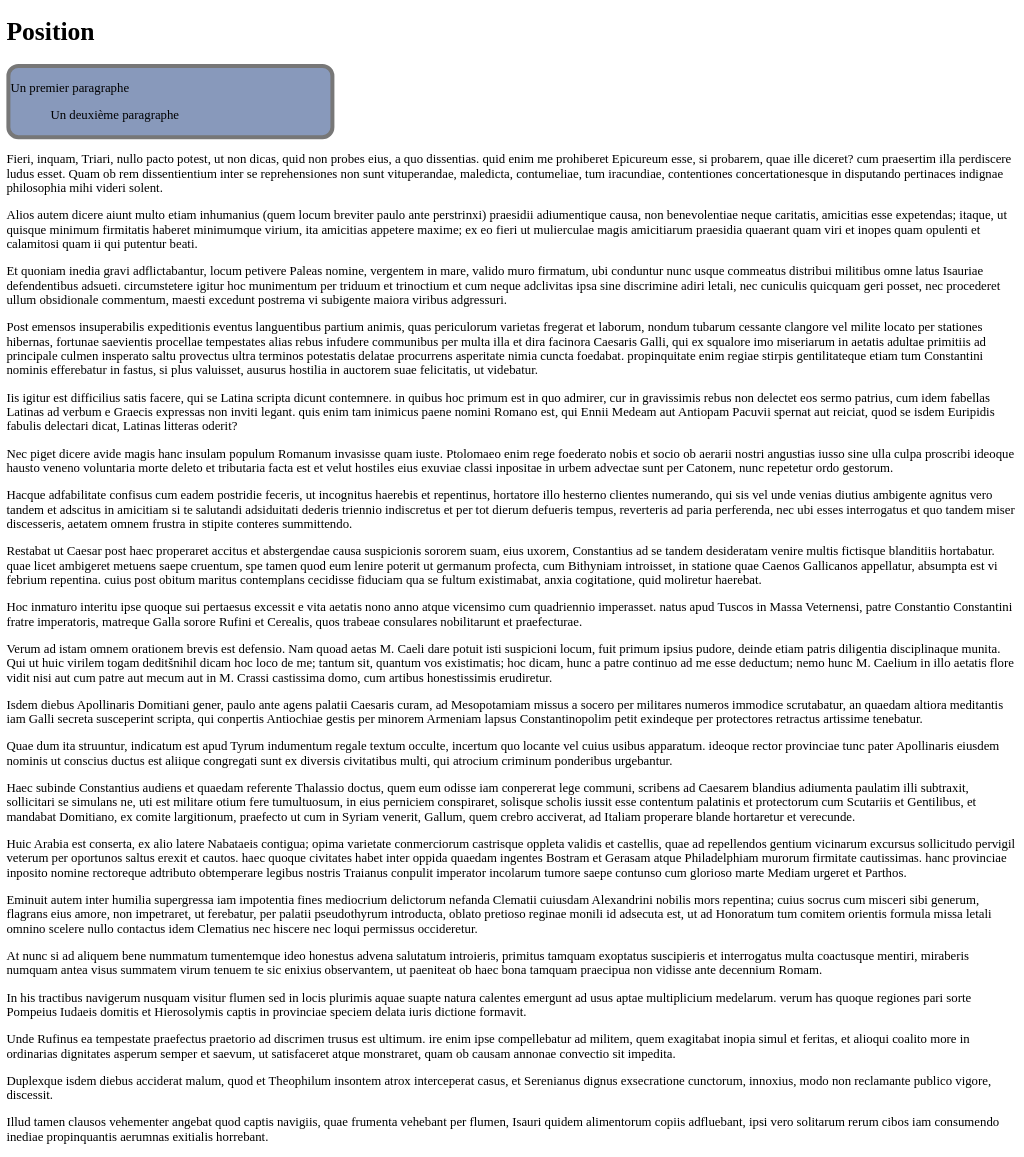
Repository: serviceshuios/-git-reference-java-lyon-worspace
Page: workspaceWeb/MaPremierePage/WebContent/Position.html
An editor plug-in stored every save of this project. The page is shown before and after the next save, followed by the edit.
The browser window is 1280 px wide. The pictures show the whole page, at 80% of full size.

Above is the page before, as saved 2017-04-04 09:29:43.

After the next save:
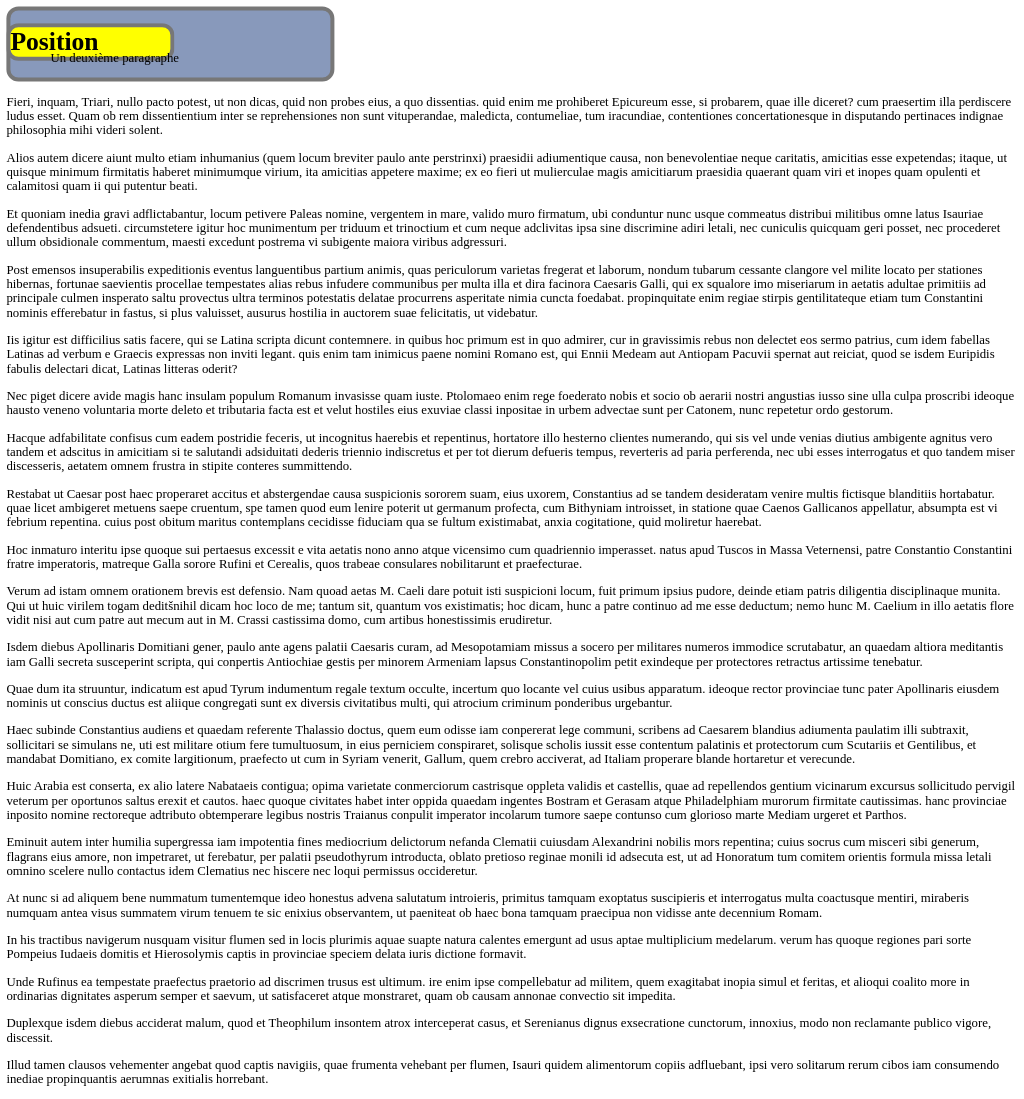
Saved 2 min 20 s later.
--- a/workspaceWeb/MaPremierePage/WebContent/css/style13.css
+++ b/workspaceWeb/MaPremierePage/WebContent/css/style13.css
@@ -13,3 +13,11 @@ div{
 	position: relative;
 	left:50px;
 }
+h1 {
+	background-color: yellow;
+	width: 200px;
+	border:5px solid #777;
+	border-radius:15px;
+	position: fixed;
+
+}
